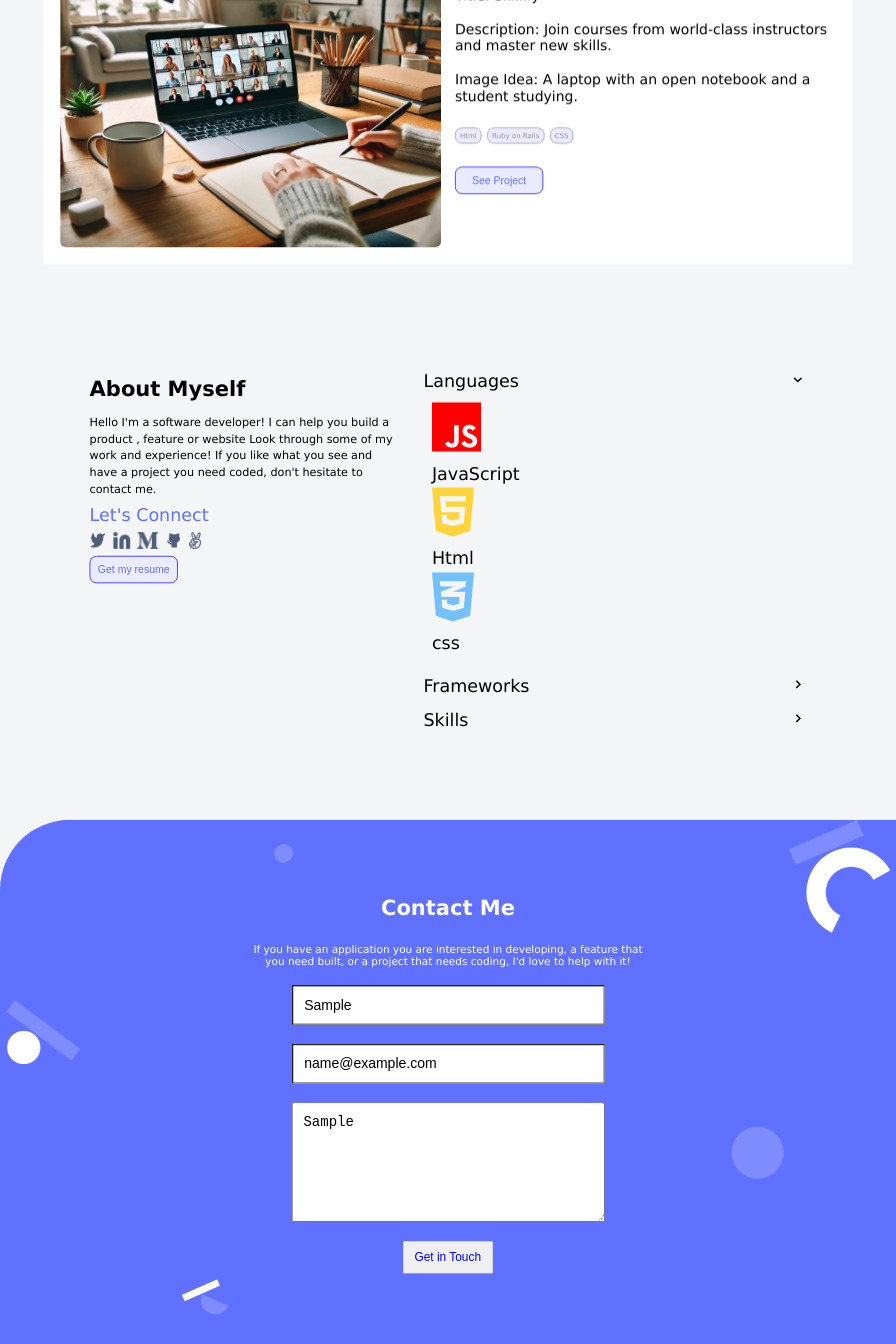
Repository: usman3123/portfolio-template-3
Page: index.html
The author's editor kept a copy of each file at every save. The page is drawn from the files as they stood at one save, then again after the next save.
The browser window is 1280 px wide. The pictures show the part of the page from y = 2903 to 4823 px (the page is 4823 px tall before and 4613 px after), at 70% of full size.
Empty fields were first filled with sample values (such as "Sample", 5 or name@example.com).
After loading, the first visible `i.bx` was clicked once.
Some web libraries are served in a nearby version.

Above is the page before, as saved 2025-02-20 12:08:44.

### index.html
<!DOCTYPE html>
<html lang="en">
<head>
  <meta charset="UTF-8">
  <meta name="viewport" content="width=device-width, initial-scale=1.0">
  <title>project 2</title>
  <link rel="stylesheet" href="style.css">
  <link href='https://unpkg.com/boxicons@2.1.4/css/boxicons.min.css' rel='stylesheet'>
  <link rel="stylesheet" href="https://cdnjs.cloudflare.com/ajax/libs/font-awesome/6.6.0/css/all.min.css" integrity="sha512-Kc323vGBEqzTmouAECnVceyQqyqdsSiqLQISBL29aUW4U/M7pSPA/gEUZQqv1cwx4OnYxTxve5UMg5GT6L4JJg==" crossorigin="anonymous" referrerpolicy="no-referrer" />
  <link rel="stylesheet" href="https://cdnjs.cloudflare.com/ajax/libs/font-awesome/6.6.0/css/all.min.css" integrity="sha512-Kc323vGBEqzTmouAECnVceyQqyqdsSiqLQISBL29aUW4U/M7pSPA/gEUZQqv1cwx4OnYxTxve5UMg5GT6L4JJg==" crossorigin="anonymous" referrerpolicy="no-referrer" />

  <link rel="stylesheet" href="https://cdnjs.cloudflare.com/ajax/libs/font-awesome/6.7.2/css/all.min.css">
  <link rel="preconnect" href="https://fonts.googleapis.com">
<link rel="preconnect" href="https://fonts.gstatic.com" crossorigin>
<link href="https://fonts.googleapis.com/css2?family=Poppins:ital,wght@0,100;0,200;0,300;0,400;0,500;0,600;0,700;0,800;0,900;1,100;1,200;1,300;1,400;1,500;1,600;1,700;1,800;1,900&display=swap" rel="stylesheet">
</head>

<body>
<div class="herostyle"></div>
  <section class="wholebody">
    <section class="webpage">
      <!-- Navbar -->

    <div class="hero-page">
      <div class="header-div">
        <nav class="nav-bar flex">
            <h4 class="nav-heading">My Logo</h4>
            <div class="nav-links flex">
                <a  class="link">Portfolio</a>
                <a href="#myabout" class="link">About</a>
                <a href="#mycontact" class="link" >Contact</a>
            </div>
            <i class="fa-solid fa-light fa-bars fa-xl nav-icon" id="nav-icon"></i>
        </nav>
    </div>

      <!-- Main Content -->
      <section id="myportfolio" class="hero-section flex">
        <div class="hero-content flex">
            <h1 class="hero-head"> I'm USMAN!
              Glad to see you.
          </h1>
          <p class="hero-p">
            I'm a software developer! I can help you build a product , feature or website Look through  some of my work and experience! If you like what you see and have a project you need coded, don’t hesitate to contact me.
          </p>
        <p class="let-connect"> LET'S CONNECT</p>

          <div class="icons flex">
              <img src="/assets/twitter.png" class="media-icon">
              <img src="assets/Linkedin.png" class="media-icon">
              <img src="assets/M.png" class="media-icon">
              <img src="assets/Github.png" class="media-icon">
              <img src="assets/V.png" class="media-icon">
          </div>
        </div>
      </section>

    </div>
      <!-- Cards Section -->

      <div class="overlay">
        <section class="cards flex">

        </section>

      </div>

      <!-- ABOUT MYSELF -->

      <section id="myabout" class="about flex">

        <div class="about-intro flex">
          <h1 class="about-head">About Myself</h1>
          <p class="about-paragraph">Hello I'm a software developer! I can help you build a product , feature or website Look through some of my work and experience! If you like what you see and have a project you need coded, don't hesitate to contact me.</p>
            <p class="connect">Let's Connect</p>
            <div class="icons flex icon-gap">
              <img src="assets/twitter.png" class="twitter">
              <img src="assets/Linkedin.png" class="inimage">
              <img src="assets/M.png" class="mimage">
              <img src="assets/Github.png" class="tomimage">
              <img src="assets/V.png" class="protocol">
          </div>
          <button class="content-btn rsm-btn"> Get my resume</button>
        </div>

        <div class="about-skills flex">
          <div class="clicker">
            <div class="about-all flex">
              <p>Languages</p>
              <i class='bx bx-chevron-down remove downicon'></i>
              <i class='bx bx-chevron-right  language-icon'></i>
            </div>
            <div class="about-lang flex">
              <div class="about-lang-img flex">
                <i class="fa-brands fa-js sty-i" style="color: #ff0000;"></i>
                <p>JavaScript</p>
              </div>
              <div class="about-lang-img flex">
                <i class="fa-brands fa-html5 sty-i" style="color: #FFD43B;"></i>
                <p>Html</p>

              </div>
              <div class="about-lang-img flex">
                <i class="fa-brands fa-css3-alt sty-i" style="color: #74C0FC;"></i>
                <p>css</p>
              </div>
            </div>
          </div>
          <div class="about-all flex">
            <p> Frameworks</p>
            <i class='bx bx-chevron-right'></i>
          </div>
          <div class="about-all flex">
            <p>Skills</p>
            <i class='bx bx-chevron-right'></i>
            </div>
            </div>
      </section>


      <!-- Contact section -->

        <section id="mycontact" class="contact-section flex">
        <h1 class="contact-heading">Contact Me</h1>
        <p class="contact-description flex">
            If you have an application you are interested in developing, a feature that you need built, or a project that needs coding, I'd love to help with it!
        </p>
        <form class="contact-form flex">
            <input class="form-input" type="text" placeholder="Your Name">
            <input class="form-input" type="email" placeholder="Your Email">
            <textarea class="form-message" placeholder="Write your message here..."></textarea>
            <button class="form-button flex">Get in Touch</button>
        </form>

    </section>
    </section>

  </section>
  <div class="container"></div>
<script src="index.js"></script>
</body>
</html>

### index.js
arr = [
    {
        img : "/assets/card-1img.webp",
        h2 : "Technology Blog",
        paragraph1 : "Title :Innovating the Future",
        p_description : "Description: Explore groundbreaking advancements in AI and robotics shaping tomorrow.",
        paragraph2 :"Image Idea: A futuristic image showing AI robots collaborating with humans.",
        lang1 : "Html",
        lang2 : "CSS",
        lang3 : "JavaScript",
        lang5 : "Boot Strap",
        button : "See Project",
        year : "2023",
        cardimg : "/assets/card-1img.webp"
    },
    {
        img : "/assets/card-2img.webp",
        h2 : "Photography Portfolio",
        paragraph1 : "Title: Lens Stories",
        p_description : "Description: A collection of awe-inspiring moments captured around the globe.",
        paragraph2 :"Image Idea: A scenic view of mountains or a person with a camera.",
        lang1 : "Html",
        lang2 :"Ruby on Rails",
        lang3 : "CSS",
        lang4 : "JavaScript",
        lang5 : "Boot Strap",
        button : "See Project",
        year : "2024",
        cardimg :"/assets/card-2img.webp"
    },
    {
        img : "/assets/card-3img.webp",
        h2 : "Fitness App",
        paragraph1 : "Title: oveSmart",
        p_description :"Description: Your companion for tracking workouts and achieving fitness goals.",
        paragraph2 :"Image Idea: A person jogging with fitness metrics displayed.",
        lang1 : "Html",
        lang2 :"Ruby on Rails",
        lang3 : "CSS",
        lang4 : "JavaScript",
        lang5 : "Boot Strap",
        button : "See Project",
        year : "2025",
        cardimg : "/assets/card-3img.webp"
    },
    {
        img : "/assets/card-4img.webp" ,
        h2 : "Online Learning",
        paragraph1 : "Title: Skillify",
        p_description : "Description: Join courses from world-class instructors and master new skills.",
        paragraph2 :"Image Idea: A laptop with an open notebook and a student studying.",
        lang1 : "Html",
        lang2 :"Ruby on Rails",
        lang3 : "CSS",
        lang4 : "JavaScript",
        lang5 : "Boot Strap",
        button : "See Project",
        year : "2025",
        cardimg :"/assets/card-4img.webp"
    }
];
const body = document.querySelector("body");
const overlay = document.querySelector(".overlay");
const herooverlay = document.querySelector(".herostyle");
const bodyy = document.querySelector(".wholebody");


document.addEventListener("DOMContentLoaded",()=> {
  const cards = document.querySelector(".cards");
  const bodyy = document.querySelector(".wholebody");

  arr.forEach((element) => {
      cards.innerHTML += `<div class="card flex">
        <img class="card-img" src= ${element.img} alt="CARD_!_IMG">
        <div class="card-content flex">
          <h2 class="card-head">${element.h2}</h2>
          <p class="content-p">${element.paragraph1}</p>
          <p class="content-sp">${element.p_description}</p>
          <p class="content-p">${element.paragraph2}</p>
          <div class="languages flex">
            <p class="lang">${element.lang1}</p>
            <p class="lang">${element.lang2}</p>
            <p class="lang">${element.lang3}</p>
          </div>
          <button id = "cardbtn" class="content-btn">${element.button}</button>
        </div>
      </div>
  `
  });
  document.querySelectorAll("#cardbtn").forEach((btn, index) => {
    btn.addEventListener("click", () => {
      popup(arr[index]);
      bodyy.classList.add("blur");
      document.querySelector(".inner-container").classList.add("style");
      document.querySelector(".container").style.display = "block";
    });
  });
  function popup(element) {
    const popup = document.querySelector(".container");
      popup.innerHTML =
        `<div class="inner-container">
      <div class="icon-head flex">
          <h2 class="heading flex">${element.h2}</h2>
          <i class="fa-solid fa-x" id = "close-popup" ></i>
      </div>
      <div class="languages flex">
          <p class="lang">Canopy</p>
          <p class="lang">Back End Dev</p>
          <p class="lang">${element.year}</p>
      </div>
      <img src= ${element.cardimg} class="wrapimg">
      <div class="languages flex">
          <p class="lang">${element.lang1}</p>
          <p class="lang">${element.lang5}</p>
          <p class="lang">${element.lang2}</p>
      </div>

      <div class="paragraph">
          <p class="p1">${element.paragraph1}</p>
          <p class="p2">${element.p_description}</p>
          <p class="p3">${element.paragraph2}</p>
      </div>

      <div class="buttons flex">
          <div class="livebtn flex">
              <p>See live</p>
              <img src="/assets/Icon - Export.svg" class="btnimg">
          </div>
          <div class="sourcebtn flex">
              <p>See source</p>
              <img src="/assets/Icon -GitHub.png" class="btnimg">
          </div>
      </div>

      </div>`;

      document.querySelector("#close-popup").addEventListener("click", () => {
        popup.style.display = "none";
        bodyy.classList.remove("blur");
      });
    }

    const navicon = document.querySelector(".nav-icon");

    navicon.addEventListener("click",(e)=> {
      herooverlay.classList.add("overlaystyle")
      herooverlay.style.display = "block"
      herooverlay.innerHTML = `
      <i class="fa-solid fa-x" id= "closepopup" ></i>
      <div class = "links-after-click">
        <p><a class = "link" href="#myportfolio" >Portfolio</a></p>
        <p><a class = "link" href="#myabout">About</a></p>
        <p><a class = "link" href="#mycontact">Contact</a></p>
      </div>`
      const closeoverlay = document.querySelector("#closepopup");
      closeoverlay.addEventListener("click",() => {
        herooverlay.classList.remove("overlaystyle");
        herooverlay.style.display = "none"
      })
    })
    const langicon = document.querySelector(".language-icon")
      langicon.addEventListener("click", () => {
        const langdisplay = document.querySelector(".about-lang")
        const downicon = document.querySelector(".downicon")
        langdisplay.classList.toggle("block");
        langicon.classList.toggle("remove");
        downicon.classList.toggle("remove");
        downicon.classList.toggle("block");
    });
  })


















{/* <div class="inner-container">
<div class="icon-head flex">
    <h2 class="heading flex">Tonic</h2>
    <i class="fa-solid fa-x" ></i>
</div>
<div class="languages flex">
    <p class="lang">Canopy</p>
    <p class="lang">Back End Dev</p>
    <p class="lang">2015</p>
</div>
<img src="/assets/Snapshoot Portfolio.png" class="wrapimg">
<div class="languages flex">
    <p class="lang">HTML</p>
    <p class="lang">Bootstrap</p>
    <p class="lang">Ruby on rails</p>
</div>

<div class="paragraph">
    <p class="p1">Lorem Ipsum is simply dummy text of the printing and typesetting industry. Lorem Ipsum has been the industry's standard dummy text ever since the 1500s, when an unknown printer took a galley of type and scrambled it 1960s.</p>
    <p class="p2">Lorem Ipsum is simply dummy text of the printing and typesetting industry. Lorem Ipsum has been the industry's standard dummy text ever since the 1500s, when an unknown printer took a galley of type and scrambled it 1960s with the releax map lapora verita.</p>
    <p class="p3">Lorem Ipsum is simply dummy text of the printing and typesetting industry. Lorem Ipsum has been the industry's standard dummy text ever since the 1500s, when an unknown printer took a galley of type and scrambled it to make a type specimen book. It has survived not only five centuries, but also the leap into electronic typesetting, remaining essent</p>
</div>

<div class="buttons flex">
    <div class="livebtn flex">
        <p>See live</p>
        <img src="/assets/Icon - Export.svg" class="btnimg">
    </div>
    <div class="sourcebtn flex">
        <p>See source</p>
        <img src="/assets/Icon -GitHub.png" class="btnimg">
    </div>
</div>

</div>
 */}














/* <div class="card flex">
      <img class="card-img" src="/assets/card-1img.webp" alt="CARD_!_IMG">
      <div class="card-content flex">
        <h2 class="card-head">Technology Blog</h2>
        <p class="content-p">Title: "Innovating the Future"</p>
        <p class="content-sp">Description: "Explore groundbreaking advancements in AI and robotics shaping tomorrow."</p>
        <p class="content-p">Image Idea: A futuristic image showing AI robots collaborating with humans.</p>
        <div class="languages flex">
          <p class="lang">Html</p>
          <p class="lang">CSS</p>
          <p class="lang">JavaScript</p>
        </div>
        <button class="content-btn">See Project</button>
      </div>
    </div>
    <div class="card flex">
      <img class="card-img" src="/assets/card-2img.webp" alt="CARD_!_IMG">
      <div class="card-content flex">
        <h2 id="photo-head">Photography Portfolio</h2>
        <p class="content-p">Title: "Lens Stories"<p>
        <p class="content-sp">Description: "A collection of awe-inspiring moments captured around the globe."</p>
        <p class="content-p">Image Idea: A scenic view of mountains or a person with a camera.
        </p>
        <div class="languages flex">
          <p class="lang">Html</p>
          <p class="lang">Ruby on Rails</p>
          <p class="lang">CSS</p>
          <p class="lang">JavaScript</p>
        </div>
        <button class="content-btn">See Project</button>
      </div>
    </div>
    <div class="card flex">
      <img class="card-img" src="/assets/card-3img.webp" alt="CARD_!_IMG">
      <div class="card-content flex">
        <h2 class="card-head">Fitness App</h2>
        <p class="content-p">Title: "MoveSmart"<p>
        <p class="content-sp">Description: "Your companion for tracking workouts and achieving fitness goals."</p>
        <p class="content-p">Image Idea: A person jogging with fitness metrics displayed.</p>
        <div class="languages flex">
          <p class="lang">Html</p>
          <p class="lang">Ruby on Rails</p>
          <p class="lang">CSS</p>
          <p class="lang">JavaScript</p>
        </div>
        <button class="content-btn">See Project</button>
      </div>
    </div>
    <div class="card flex">
      <img class="card-img" src="/assets/card-4img.webp" alt="CARD_!_IMG">
      <div class="card-content flex">
        <h2 class="card-head">Online Learning</h2>
        <p class="content-p">Title: "Skillify"p>
        <p class="content-sp">Description: "Join courses from world-class instructors and master new skills."</p>
        <p class="content-p">Image Idea: A laptop with an open notebook and a student studying.</p>
        <div class="languages flex">
          <p class="lang">Html</p>
          <p class="lang">Ruby on Rails</p>
          <p class="lang">CSS</p>
          <p class="lang">JavaScript</p>
        </div>
        <button class="content-btn">See Project</button>
      </div>
    </div> */

Loaded but not shown: style.css (609 lines, source omitted)

After the next save:
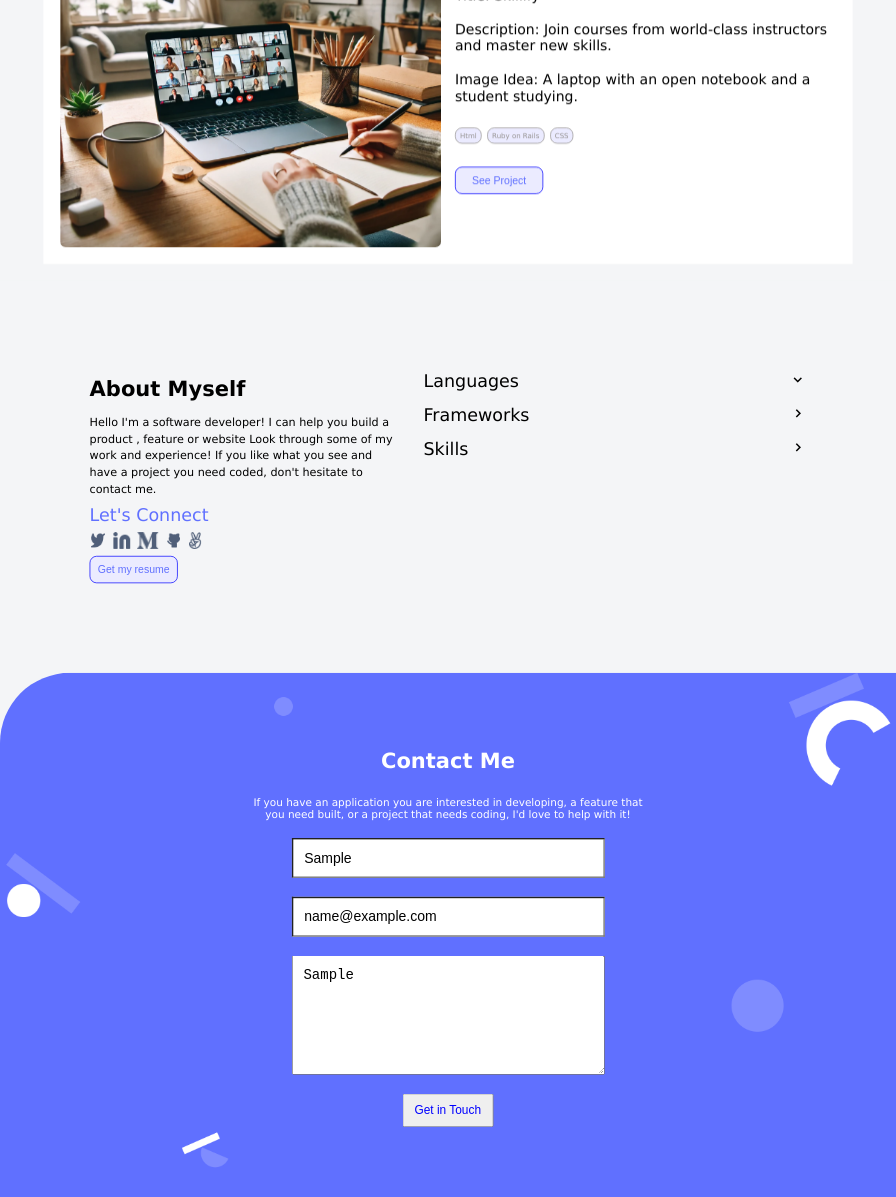
Saved 15 min 54 s later.
--- a/index.js
+++ b/index.js
@@ -163,6 +163,7 @@
         const langdisplay = document.querySelector(".about-lang")
         const downicon = document.querySelector(".downicon")
         langdisplay.classList.toggle("block");
+        langdisplay.classList.toggle("block");
         langicon.classList.toggle("remove");
         downicon.classList.toggle("remove");
         downicon.classList.toggle("block");

After the save that followed:
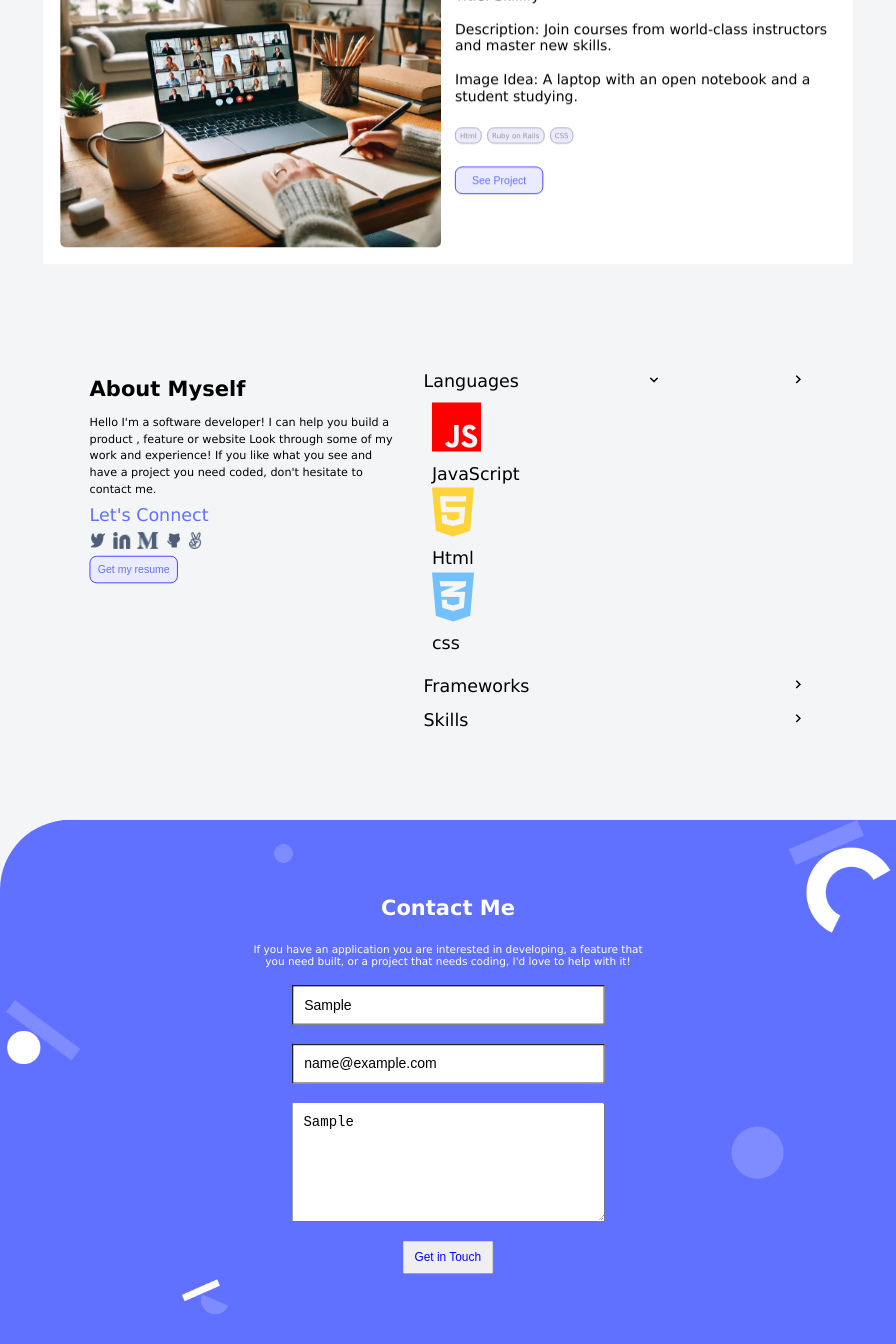
Saved 20 s later.
--- a/index.js
+++ b/index.js
@@ -163,8 +163,6 @@
         const langdisplay = document.querySelector(".about-lang")
         const downicon = document.querySelector(".downicon")
         langdisplay.classList.toggle("block");
-        langdisplay.classList.toggle("block");
-        langicon.classList.toggle("remove");
         downicon.classList.toggle("remove");
         downicon.classList.toggle("block");
     });
